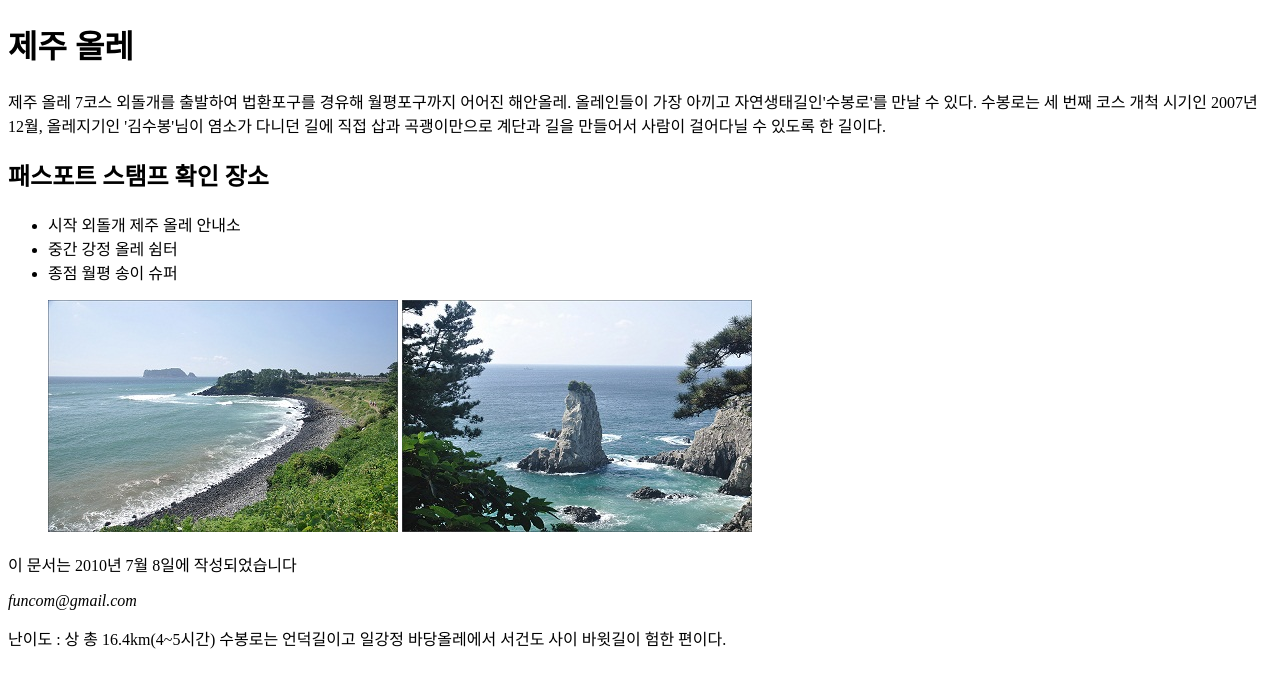
Repository: jinaa11/Kcc_Web
Page: Html/WebContent/sample2.html
These files come from the project's save history. The page is drawn as it stood at one moment and after the next save; the edit follows.
The browser window is 1280 px wide. The pictures show the whole page.

Above is the page before, as saved 2024-07-08 07:17:01.

### Html/WebContent/sample2.html
<!DOCTYPE html>
<html>
<head>
<meta charset="UTF-8">
<title>Insert title here</title>
</head>
<body>
<header>
	<h1>제주 올레</h1>
	<p>
		제주 올레 7코스
  		외돌개를 출발하여 법환포구를 경유해 월평포구까지 어어진 해안올레.
  		올레인들이 가장 아끼고 자연생태길인'수봉로'를 만날 수 있다.
  		수봉로는 세 번째 코스 개척 시기인 2007년 12월, 올레지기인 '김수봉'님이 염소가 다니던 길에 직접 삽과 곡괭이만으로 계단과 길을 만들어서 사람이 걸어다닐 수 있도록 한 길이다.
	</p>
</header>

<section>
	<h2>패스포트 스탬프 확인 장소</h2>
	<ul>
		<li>시작  외돌개 제주 올레 안내소</li>
		<li>중간  강정 올레 쉼터</li>
		<li>종점  월평 송이 슈퍼</li>
	</ul>
</section>

<figure>
	<figcaption></figcaption>
	<img src="images/road1.jpg">
    <img src="images/road2.jpg">
</figure>

<footer>
	<p>이 문서는 2010년 7월 8일에 작성되었습니다</p>
	<address>
		<p>funcom@gmail.com</p>
	</address>
</footer>



<!-- 거리 태그 -->
  난이도 : 상 총 16.4km(4~5시간)
  수봉로는 언덕길이고 일강정 바당올레에서 서건도 사이 바윗길이 험한 편이다.






<!-- 주소 태그 -->

</body>
</html>

After the next save:
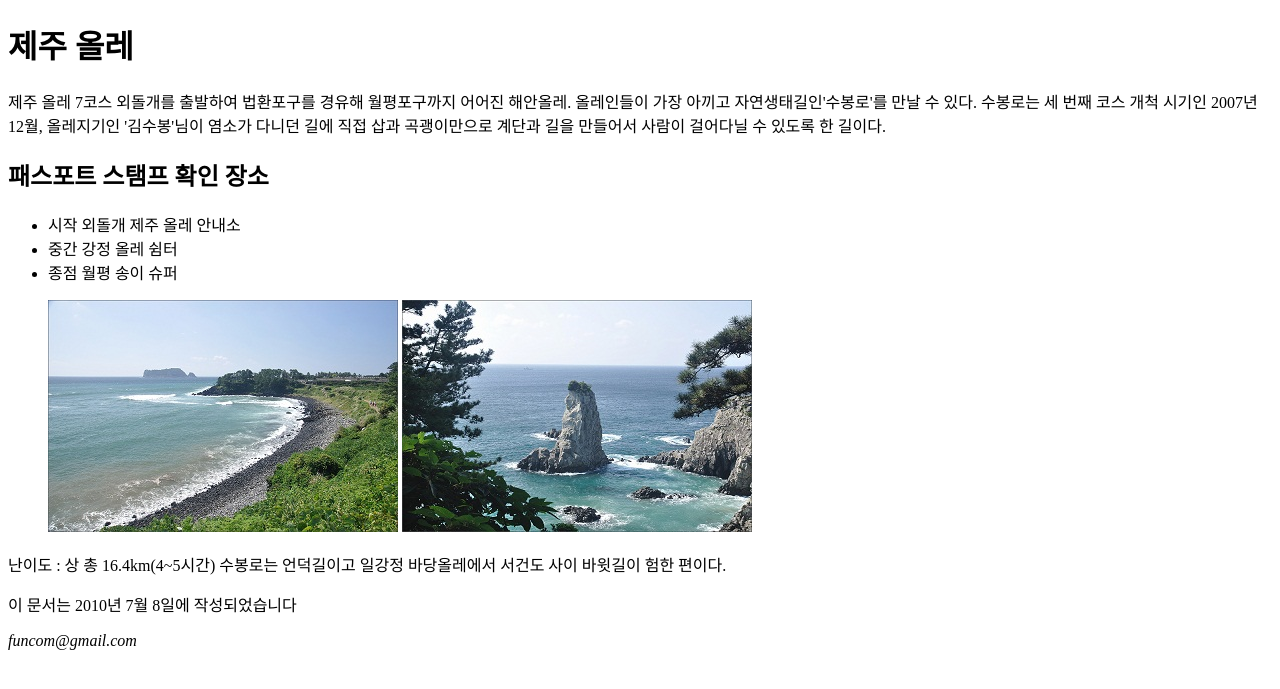
Saved 2 min 28 s later.
--- a/Html/WebContent/sample2.html
+++ b/Html/WebContent/sample2.html
@@ -30,25 +30,32 @@
     <img src="images/road2.jpg">
 </figure>
 
+<section>
+	<div>
+		<!-- 거리 태그 -->
+  		난이도 : 상 총 16.4km(4~5시간)
+  		수봉로는 언덕길이고 일강정 바당올레에서 서건도 사이 바윗길이 험한 편이다.
+	</div>
+</section>
+
 <footer>
 	<p>이 문서는 2010년 7월 8일에 작성되었습니다</p>
 	<address>
+		<!-- 주소 태그 -->
 		<p>funcom@gmail.com</p>
 	</address>
 </footer>
 
 
 
-<!-- 거리 태그 -->
-  난이도 : 상 총 16.4km(4~5시간)
-  수봉로는 언덕길이고 일강정 바당올레에서 서건도 사이 바윗길이 험한 편이다.
 
 
 
 
 
 
-<!-- 주소 태그 -->
+
+
 
 </body>
 </html>
